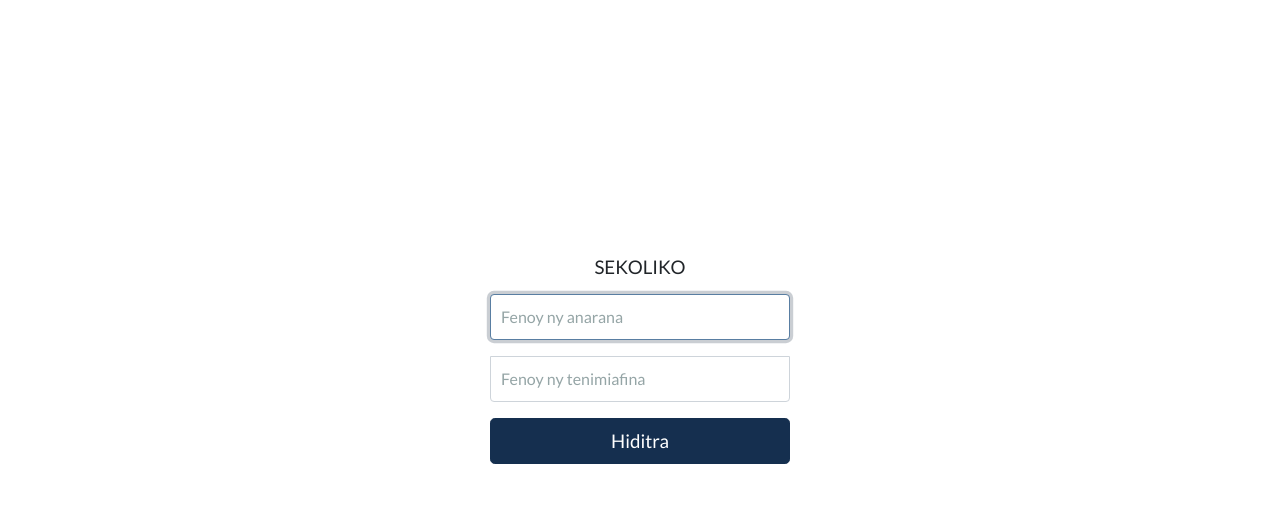
Repository: niainamahefa/j2ee-sekoliko
Page: http://localhost/Ecole/login
The author's editor kept a copy of each file at every save. The page is drawn from the files as they stood at one save, then again after the next save.
The browser window is 1280 px wide. The pictures show the whole page.
The page is served by Tomcat 9. Other server files are loaded and not shown.

Above is the page before, as saved 2021-02-03 18:39:14.

### Ecole/WebContent/WEB-INF/login.jsp
<%@ page language="java" contentType="text/html; charset=ISO-8859-1"
    pageEncoding="ISO-8859-1"%>
<!doctype html>
<html lang="en">
  <head>
    <meta charset="utf-8">
    <meta name="viewport" content="width=device-width, initial-scale=1, shrink-to-fit=no">
    <meta name="description" content="">
    <meta name="author" content="Mark Otto, Jacob Thornton, and Bootstrap contributors">
    <meta name="generator" content="Jekyll v4.1.1">
    <title>Sekoly</title>

    <!-- Bootstrap core CSS -->
	<link href="./assets/css/bootstrap.min.css" rel="stylesheet">
	<link href="./assets/css/signin.css" rel="stylesheet">

    <style>
      .bd-placeholder-img {
        font-size: 1.125rem;
        text-anchor: middle;
        -webkit-user-select: none;
        -moz-user-select: none;
        -ms-user-select: none;
        user-select: none;
      }

      @media (min-width: 768px) {
        .bd-placeholder-img-lg {
          font-size: 3.5rem;
        }
      }
    </style>
    <!-- Custom styles for this template -->
    <link href="signin.css" rel="stylesheet">
  </head>
  <body class="text-center">
	    <form class="form-signin" method="post">
		  <h1 class="h5 mb-3 font-weight-normal">SEKOLIKO</h1>
		  <label for="inputEmail" class="sr-only">Anarana</label>
		  <input type="text" id="inputEmail" class="form-control" placeholder="Fenoy ny anarana"  name="anarana" required autofocus>
		  <label for="inputPassword" class="sr-only">Tenimiafina</label>
		  <input type="password" id="inputPassword" class="form-control mt-3" placeholder="Fenoy ny tenimiafina" name="tenimiafina" required>
		  <div class="checkbox mb-3">
		  </div>
		  <button class="btn btn-lg btn-primary btn-block" type="submit">Hiditra</button>
		</form>
	</body>
</html>

### Ecole/src/com/ecole/servlet/LoginServlet.java
package com.ecole.servlet;

import java.io.IOException;

import javax.servlet.ServletException;
import javax.servlet.http.HttpServlet;
import javax.servlet.http.HttpServletRequest;
import javax.servlet.http.HttpServletResponse;

import com.ecole.model.User;

public class LoginServlet extends HttpServlet{


	@Override
	protected void doGet(HttpServletRequest req, HttpServletResponse resp) throws ServletException, IOException {
		System.out.println("Login Servlet - doGet méthode");
		req.getRequestDispatcher("/WEB-INF/login.jsp").forward(req, resp);
	}

	@Override
	protected void doPost(HttpServletRequest req, HttpServletResponse resp) throws ServletException, IOException {
		System.out.println("Login Servlet - doPost méthode");

		String anarana = req.getParameter("anarana");
		String tenimiafina = req.getParameter("tenimiafina");

		System.out.println("Anarana : " + anarana + " Tenimifina : " + tenimiafina );

		if (anarana.equals("admin") && (tenimiafina.equals("sekoliko"))) {
			System.out.println("Tongasoa eto @ logiciel Sekoliko");

			req.getSession().setAttribute("user", new User (anarana,tenimiafina));
			resp.sendRedirect("accueil");
		}
		else {
			System.out.println("Hamarino azafady");
			resp.sendRedirect("login");
		}
	}




}

### Ecole/WebContent/assets/css/signin.css
html,
body {
  height: 100%;
}

body {
  display: -ms-flexbox;
  display: flex;
  -ms-flex-align: center;
  align-items: center;
  padding-top: 40px;
  padding-bottom: 40px;
}

.form-signin {
  width: 100%;
  max-width: 330px;
  padding: 15px;
  margin: auto;
}
.form-signin .checkbox {
  font-weight: 400;
}
.form-signin .form-control {
  position: relative;
  box-sizing: border-box;
  height: auto;
  padding: 10px;
  font-size: 16px;
}
.form-signin .form-control:focus {
  z-index: 2;
}
.form-signin input[type="email"] {
  margin-bottom: -1px;
  border-bottom-right-radius: 0;
  border-bottom-left-radius: 0;
}
.form-signin input[type="password"] {
  margin-bottom: 10px;
  border-top-left-radius: 0;
  border-top-right-radius: 0;
}

Loaded but not shown: Ecole/WebContent/assets/css/bootstrap.min.css (library)

After the next save:
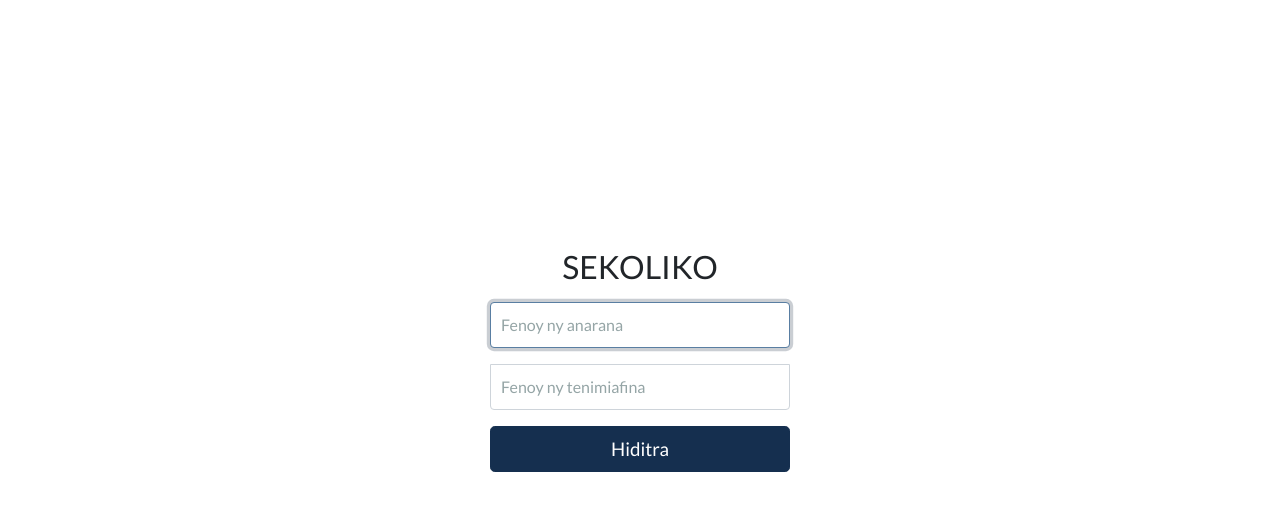
Saved 4 s later.
--- a/Ecole/WebContent/WEB-INF/login.jsp
+++ b/Ecole/WebContent/WEB-INF/login.jsp
@@ -35,7 +35,7 @@
   </head>
   <body class="text-center">
 	    <form class="form-signin" method="post">
-		  <h1 class="h5 mb-3 font-weight-normal">SEKOLIKO</h1>
+		  <h1 class="h3 mb-3 font-weight-normal">SEKOLIKO</h1>
 		  <label for="inputEmail" class="sr-only">Anarana</label>
 		  <input type="text" id="inputEmail" class="form-control" placeholder="Fenoy ny anarana"  name="anarana" required autofocus>
 		  <label for="inputPassword" class="sr-only">Tenimiafina</label>
